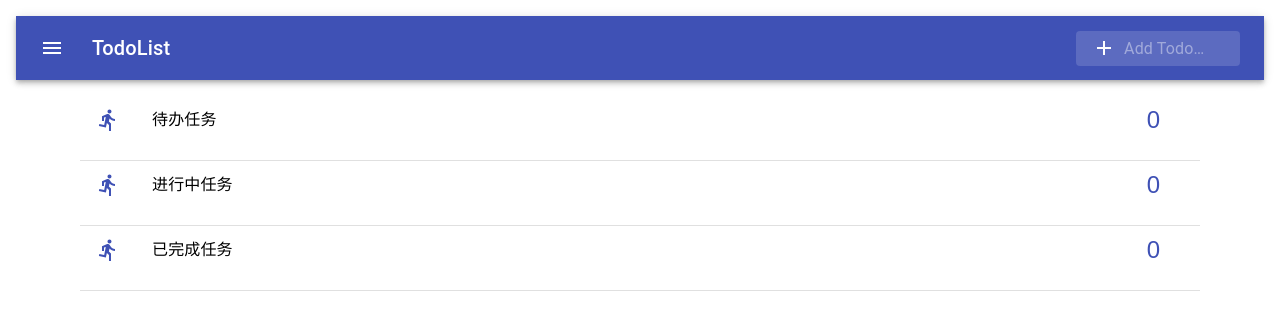
Repository: harperl71/TodoList
Page: /
An editor plug-in stored every save of this project. The page is shown before and after the next save, followed by the edit.
The browser window is 1280 px wide. The pictures show the whole page.
The project was rebuilt for these pictures with package versions that can differ from the ones it lists, and the page was loaded fresh each time. Also part of the build but not shown: src/components/content/task-item/index.tsx.

Above is the page before, as saved 2021-05-21 10:14:44.

### src/App.tsx
import React from "react";
import Header from "./components/header";
import Content from "./components/content";
import Footer from "./components/footer";
import Myprovider from "./context";
import TaskItem from "./components/content/task-item";

function App() {
  return (
    <div className="APP">
      <Myprovider>
        <Header />
        <Content />
        <Footer />
        {/*  <TaskItem /> */}
      </Myprovider>
    </div>
  );
}

export default App;

### src/components/header/index.tsx
import React, { useContext } from "react";
import { MyContext } from "../../context";
import AppBar from "@material-ui/core/AppBar";
import Toolbar from "@material-ui/core/Toolbar";
import IconButton from "@material-ui/core/IconButton";
import Typography from "@material-ui/core/Typography";
import InputBase from "@material-ui/core/InputBase";
import { makeStyles, fade } from "@material-ui/core/styles";
import MenuIcon from "@material-ui/icons/Menu";
import AddIcon from "@material-ui/icons/Add";

const useStyles = makeStyles((theme) => ({
  header: {
    margin: theme.spacing(2),
    justifyContent: "space-between",
  },
  listButton: {
    marginRight: theme.spacing(2),
  },
  title: {
    flexGrow: 1,
    display: "none",
    [theme.breakpoints.up("sm")]: {
      display: "block",
    },
  },
  search: {
    position: "relative",
    borderRadius: theme.shape.borderRadius,
    backgroundColor: fade(theme.palette.common.white, 0.15),
    "&:hover": {
      backgroundColor: fade(theme.palette.common.white, 0.25),
    },
    marginLeft: 0,
    width: "100%",
    [theme.breakpoints.up("sm")]: {
      marginLeft: theme.spacing(1),
      width: "auto",
    },
  },
  addIcon: {
    padding: theme.spacing(0, 2),
    height: "100%",
    position: "absolute",
    pointerEvents: "none",
    display: "flex",
    alignItems: "center",
    justifyContent: "center",
  },
  inputRoot: {
    color: "inherit",
  },
  inputInput: {
    padding: theme.spacing(1, 1, 1, 0),
    // vertical padding + font size from searchIcon
    paddingLeft: `calc(1em + ${theme.spacing(4)}px)`,
    transition: theme.transitions.create("width"),
    width: "100%",
    [theme.breakpoints.up("sm")]: {
      width: "12ch",
      "&:focus": {
        width: "20ch",
      },
    },
  },
}));

export default function SearchAppBar() {
  const classes = useStyles();
  const { Add } = useContext(MyContext);

  const enterPress = (evt: React.SyntheticEvent) => {
    if (
      (evt as KeyboardEventInit).code === "Enter" &&
      (evt.target as HTMLInputElement).value !== ""
    ) {
      Add((evt.target as HTMLInputElement).value);
      (evt.target as HTMLInputElement).value = "";
    }
  };

  return (
    <div className={classes.header}>
      <AppBar position="static">
        <Toolbar>
          <IconButton
            edge="start"
            className={classes.listButton}
            color="inherit"
            aria-label="open drawer"
          >
            <MenuIcon />
          </IconButton>
          <Typography className={classes.title} variant="h6" noWrap>
            TodoList
          </Typography>
          <div className={classes.search}>
            <div className={classes.addIcon}>
              <AddIcon />
            </div>
            <InputBase
              placeholder="Add Todo…"
              required
              classes={{
                root: classes.inputRoot,
                input: classes.inputInput,
              }}
              onKeyPress={enterPress}
            />
          </div>
        </Toolbar>
      </AppBar>
    </div>
  );
}

### src/components/content/index.tsx
import React, { Fragment } from "react";
import TaskList from "./task-list";
import { makeStyles } from "@material-ui/core";

const useStyles = makeStyles((theme) => ({
  content: {
    margin: theme.spacing(0, 6),
    justifyContent: "center",
  },
}));

const Content = () => {
  const classes = useStyles();
  return (
    <div className={classes.content}>
      <Fragment>
        <TaskList title="待办任务" status="todo" />
        <TaskList title="进行中任务" status="doing" />
        <TaskList title="已完成任务" status="done" />
      </Fragment>
    </div>
  );
};

export default Content;

### src/components/footer/index.tsx
import React from "react";

const Footer = () => {
  return <div className="footer"></div>;
};

export default Footer;

### src/context/index.tsx
import React, { createContext, useState } from "react";

export interface TodoProps {
  id: number;
  text: string;
  status: string;
}

export interface ContextProps {
  todoList: TodoProps[];
  Add: (item: string) => void;
  Delete: (id: number) => void;
  Remove: (index: number, status: string) => void;
  Clear: () => void;
}

export const MyContext = createContext({} as ContextProps);

const Myprovider = (props: React.PropsWithChildren<{}>) => {
  const [todoList, setList] = useState<TodoProps[]>([]);

  const Add = (item: string) => {
    const listItem = {
      id: new Date().getTime(),
      text: item,
      status: "todo",
    };
    setList([...todoList, listItem]);
  };
  //console.log(...todoList);

  const Delete = (id: number) => {
    setList(todoList.filter((item) => item.id !== id));
  };

  const Remove = (index: number, status: string) => {
    if (status === "todo") {
      const listItem = Object.assign({}, todoList[index], {
        status: "doing",
      });
      const list = todoList.splice(index, 1);
      setList([...list, listItem]);
    }
    if (status === "doing") {
      const listItem = Object.assign({}, todoList[index], {
        status: "done",
      });
      const list = todoList.splice(index, 1);
      setList([...list, listItem]);
    }
  };

  const Clear = () => setList([]);

  return (
    <MyContext.Provider value={{ todoList, Add, Delete, Remove, Clear }}>
      {props.children}
    </MyContext.Provider>
  );
};

export default Myprovider;

### src/components/content/task-list/index.tsx
import React, { Fragment, useContext } from "react";
import TaskItem from "../task-item";
import { MyContext } from "../../../context";
import {
  makeStyles,
  List,
  ListItem,
  ListItemIcon,
  ListItemText,
  Divider,
  IconButton,
} from "@material-ui/core";
import DirectionsRunIcon from "@material-ui/icons/DirectionsRun";

const useStyles = makeStyles((theme) => ({
  list: {
    margin: theme.spacing(0, 4),
    justifyContent: "space-between",
    padding: 0,
  },
  listTitle: {
    justifyContent: "center",
  },
  listnum: {
    marginRight: theme.spacing(3),
    padding: 0,
    color: "secondary",
  },
}));

interface Iprops {
  title: string;
  status: string;
}

const TaskList = ({ title, status }: Iprops) => {
  const classes = useStyles();

  const { todoList } = useContext(MyContext);
  console.log(todoList);

  return (
    <List
      className={classes.list}
      component="nav"
      aria-label="main mailbox folders"
    >
      <ListItem className="ListHeader" button>
        <ListItemIcon>
          <DirectionsRunIcon color="primary" />
        </ListItemIcon>
        <ListItemText primary={title} />
        <IconButton
          className={classes.listnum}
          color="primary"
          aria-label="list-num"
        >
          {
            todoList.filter((item) => {
              return item.status === status;
            }).length
          }
        </IconButton>
      </ListItem>
      <ListItem className={title}>
        {todoList
          .filter((item) => {
            return item.status === status;
          })
          .map((item) => {
            return <TaskItem />;
          })}
      </ListItem>
      <Divider />
    </List>
  );
};

export default TaskList;

Loaded but not shown: public/index.html (common file); src/index.tsx (common file); src/index.css (common file); src/reportWebVitals.ts (common file)

After the next save:
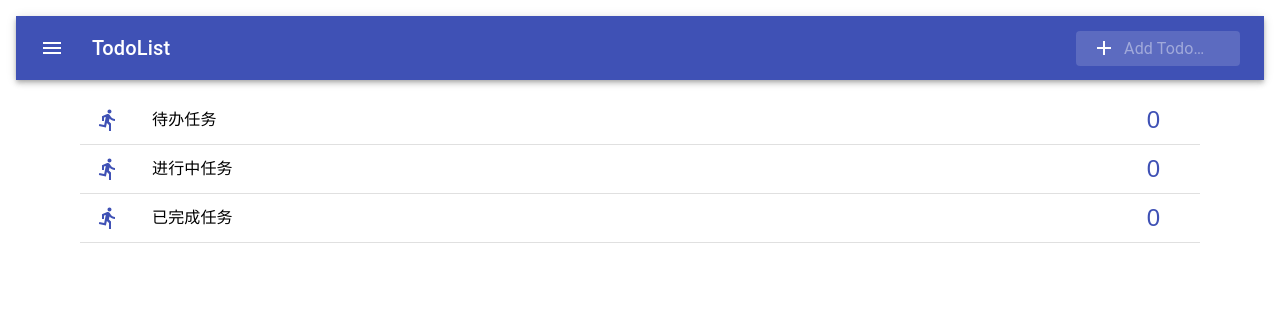
Saved 68 s later.
--- a/src/components/content/task-list/index.tsx
+++ b/src/components/content/task-list/index.tsx
@@ -62,7 +62,7 @@
           }
         </IconButton>
       </ListItem>
-      <ListItem className={title}>
+      <ListItem className={title} style={{ padding: 0 }}>
         {todoList
           .filter((item) => {
             return item.status === status;

After the save that followed:
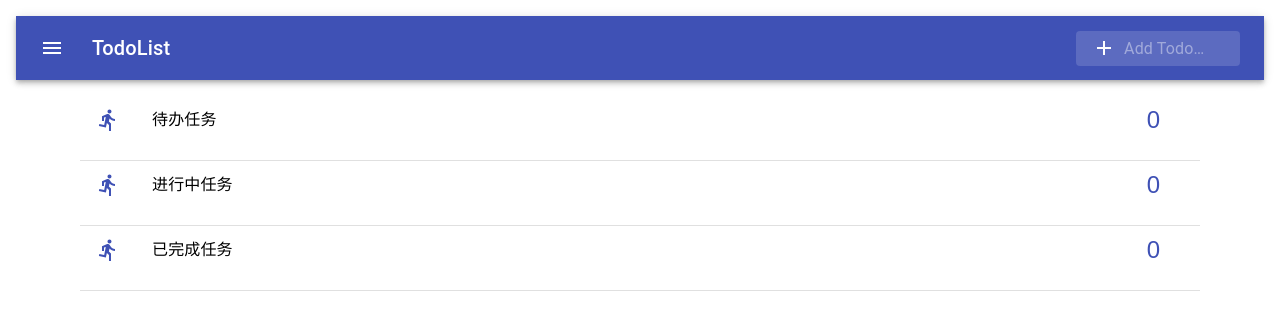
Saved 42 s later.
--- a/src/components/content/task-list/index.tsx
+++ b/src/components/content/task-list/index.tsx
@@ -62,7 +62,7 @@
           }
         </IconButton>
       </ListItem>
-      <ListItem className={title} style={{ padding: 0 }}>
+      <ListItem className={title} style={{}}>
         {todoList
           .filter((item) => {
             return item.status === status;
